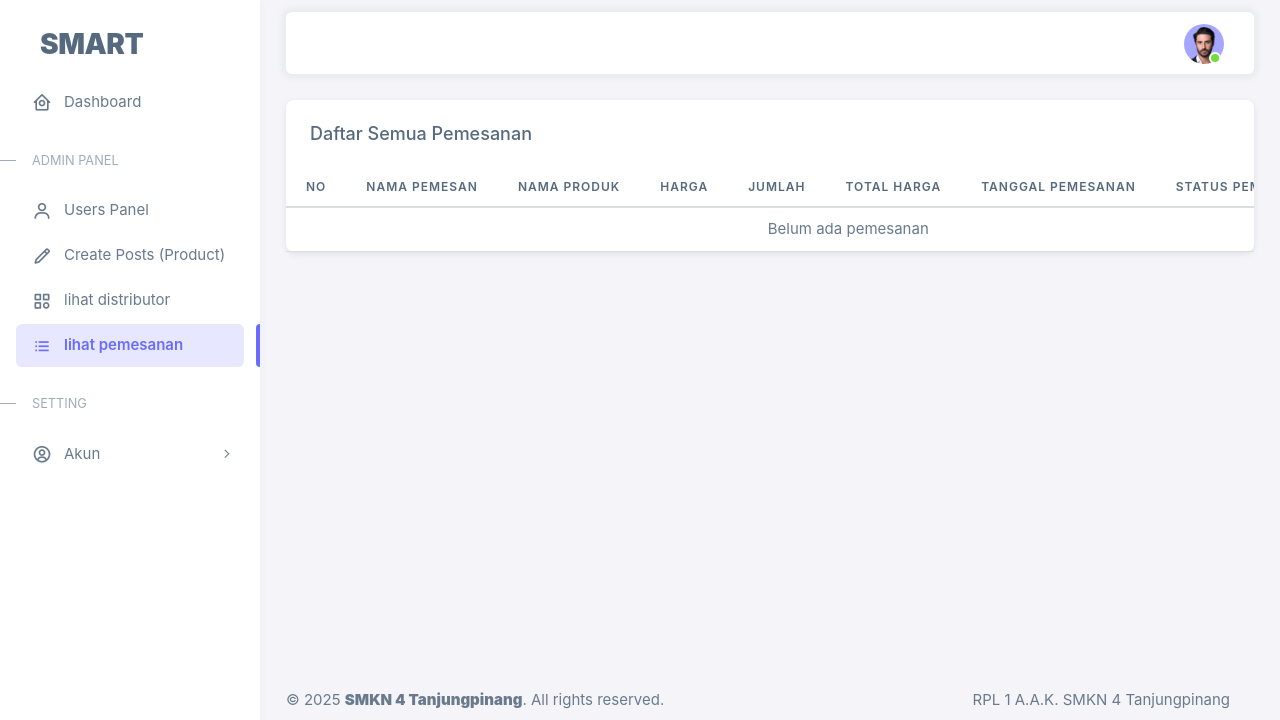
Repository: athalantis/SMart
Page: http://localhost/admin_pemesanan.php
An editor plug-in stored every save of this project. The page is shown before and after the next save, followed by the edit.
The browser window is 1280 px wide. The pictures show the whole page.
Some web fonts or font styles are not loaded; a fallback is used. The page is run by PHP 8.4 with error messages shown; the project is at /var/www/html/. The session is filled in as if someone had signed in: {"username": "testuser", "name": "Test User", "role": "admin", "user_id": 1}. Queries for data that is not in the repository find no rows.

Above is the page before, as saved 2025-04-25 14:22:38.

After the next save:
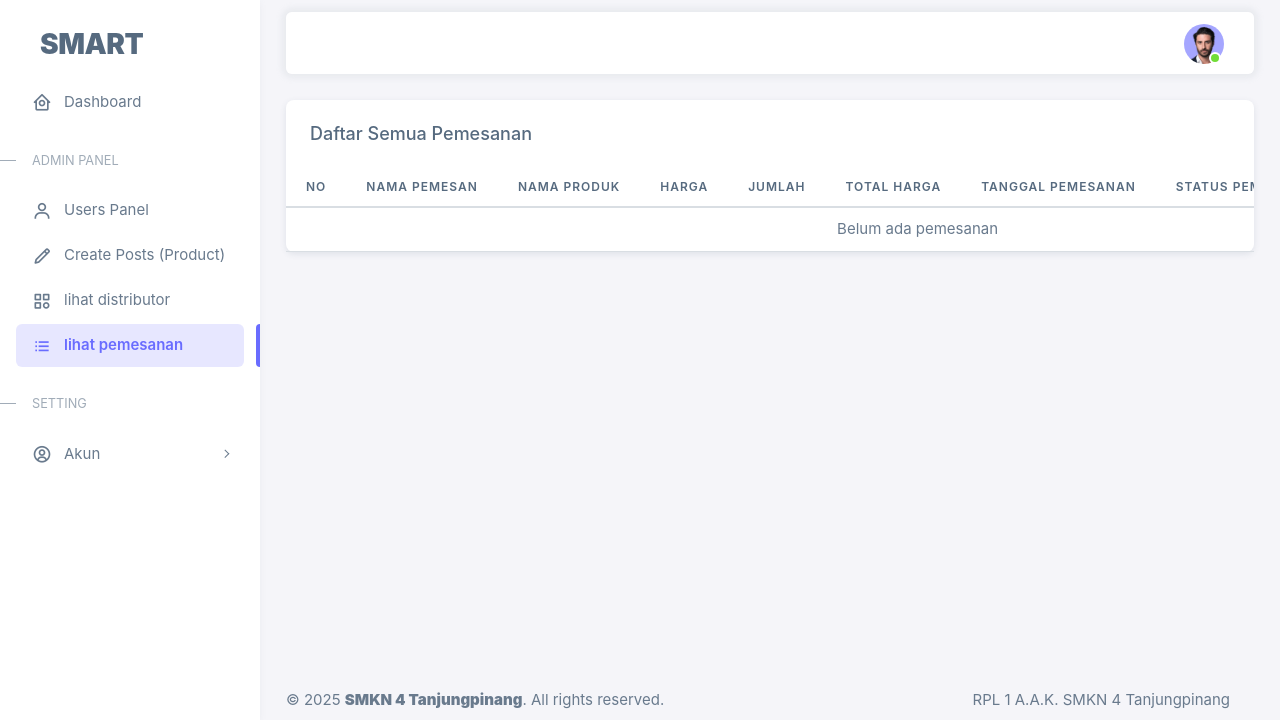
Saved 73 s later.
--- a/admin_pemesanan.php
+++ b/admin_pemesanan.php
@@ -7,6 +7,18 @@
 if (!isset($_SESSION['user_id'])) {
     header("Location: login.php"); // Redirect jika belum login
     exit();
+}
+
+// Handle request AJAX untuk update rekomendasi
+if ($_SERVER['REQUEST_METHOD'] == 'POST' && isset($_POST['update_recommendation'])) {
+    $produk_id = $_POST['produk_id'];
+    $recommendations = $_POST['recommendations'] === '1' ? 1 : 0;
+
+    $stmt = $conn->prepare("UPDATE produk SET recommendations = ? WHERE produk_id = ?");
+    $stmt->bind_param("ii", $recommendations, $produk_id);
+    $stmt->execute();
+    $stmt->close();
+    exit(); // Stop output karena ini hanya untuk AJAX
 }
 
 // Proses update status pemesanan
@@ -28,17 +40,16 @@
 }
 
 // Query untuk mendapatkan semua pemesanan
-$query = $query = "
-SELECT p.pemesanan_id, p.tanggal_pemesanan, p.jumlah_pemesanan, p.status_pemesanan,
-       pr.nama_produk, pr.harga, pr.recommendations, pr.produk_id,
-       u.username,
-       (p.jumlah_pemesanan * pr.harga) AS total_harga
-FROM pemesanan p
-INNER JOIN produk pr ON p.produk_id = pr.produk_id
-INNER JOIN users u ON p.user_id = u.user_id
-ORDER BY p.tanggal_pemesanan DESC
+$query = "
+    SELECT p.pemesanan_id, p.tanggal_pemesanan, p.jumlah_pemesanan, p.status_pemesanan,
+           pr.nama_produk, pr.harga, pr.recommendations, pr.produk_id,
+           u.username,
+           (p.jumlah_pemesanan * pr.harga) AS total_harga
+    FROM pemesanan p
+    INNER JOIN produk pr ON p.produk_id = pr.produk_id
+    INNER JOIN users u ON p.user_id = u.user_id
+    ORDER BY p.tanggal_pemesanan DESC
 ";
-;
 
 $result = mysqli_query($conn, $query);
 ?>
@@ -69,6 +80,7 @@
                         <th>Total Harga</th>
                         <th>Tanggal Pemesanan</th>
                         <th>Status Pemesanan</th>
+                        <th>Rekomendasi</th>
                         <th>Aksi</th>
                     </tr>
                 </thead>
@@ -97,6 +109,9 @@
                                     <span class='badge {$badgeClass}'>" . htmlspecialchars($row['status_pemesanan']) . "</span>
                                   </td>";
                             echo "<td>
+                                    <input type='checkbox' class='recommend-checkbox' data-id='{$row['produk_id']}' " . ($row['recommendations'] ? 'checked' : '') . ">
+                                  </td>";
+                            echo "<td>
                                     <form method='post'>
                                         <input type='hidden' name='pemesanan_id' value='{$row['pemesanan_id']}'>
                                         <select name='status_pemesanan' class='form-select'>
@@ -112,7 +127,7 @@
                             $no++;
                         }
                     } else {
-                        echo "<tr><td colspan='9' class='text-center'>Belum ada pemesanan</td></tr>";
+                        echo "<tr><td colspan='10' class='text-center'>Belum ada pemesanan</td></tr>";
                     }
                     ?>
                 </tbody>
@@ -121,6 +136,21 @@
     </div>
 </div>
 
+<!-- Inline AJAX Script -->
+<script>
+document.querySelectorAll('.recommend-checkbox').forEach(checkbox => {
+    checkbox.addEventListener('change', function () {
+        const produkId = this.dataset.id;
+        const isChecked = this.checked ? 1 : 0;
+
+        const xhr = new XMLHttpRequest();
+        xhr.open("POST", "", true); // POST ke halaman ini
+        xhr.setRequestHeader("Content-type", "application/x-www-form-urlencoded");
+        xhr.send("update_recommendation=1&produk_id=" + produkId + "&recommendations=" + isChecked);
+    });
+});
+</script>
+
 <?php
 mysqli_close($conn);
 include '.includes/footer.php';

After the save that followed:
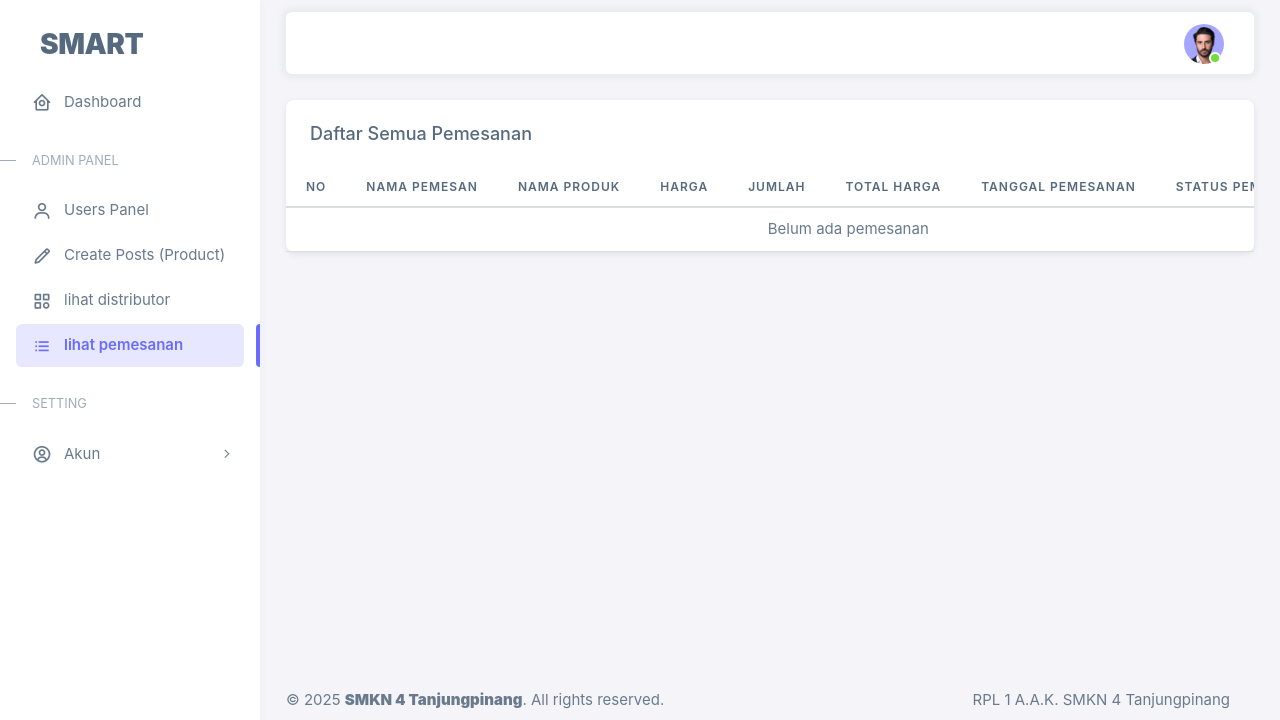
Saved 24 s later.
--- a/admin_pemesanan.php
+++ b/admin_pemesanan.php
@@ -7,18 +7,6 @@
 if (!isset($_SESSION['user_id'])) {
     header("Location: login.php"); // Redirect jika belum login
     exit();
-}
-
-// Handle request AJAX untuk update rekomendasi
-if ($_SERVER['REQUEST_METHOD'] == 'POST' && isset($_POST['update_recommendation'])) {
-    $produk_id = $_POST['produk_id'];
-    $recommendations = $_POST['recommendations'] === '1' ? 1 : 0;
-
-    $stmt = $conn->prepare("UPDATE produk SET recommendations = ? WHERE produk_id = ?");
-    $stmt->bind_param("ii", $recommendations, $produk_id);
-    $stmt->execute();
-    $stmt->close();
-    exit(); // Stop output karena ini hanya untuk AJAX
 }
 
 // Proses update status pemesanan
@@ -40,16 +28,17 @@
 }
 
 // Query untuk mendapatkan semua pemesanan
-$query = "
-    SELECT p.pemesanan_id, p.tanggal_pemesanan, p.jumlah_pemesanan, p.status_pemesanan,
-           pr.nama_produk, pr.harga, pr.recommendations, pr.produk_id,
-           u.username,
-           (p.jumlah_pemesanan * pr.harga) AS total_harga
-    FROM pemesanan p
-    INNER JOIN produk pr ON p.produk_id = pr.produk_id
-    INNER JOIN users u ON p.user_id = u.user_id
-    ORDER BY p.tanggal_pemesanan DESC
+$query = $query = "
+SELECT p.pemesanan_id, p.tanggal_pemesanan, p.jumlah_pemesanan, p.status_pemesanan,
+       pr.nama_produk, pr.harga, pr.recommendations, pr.produk_id,
+       u.username,
+       (p.jumlah_pemesanan * pr.harga) AS total_harga
+FROM pemesanan p
+INNER JOIN produk pr ON p.produk_id = pr.produk_id
+INNER JOIN users u ON p.user_id = u.user_id
+ORDER BY p.tanggal_pemesanan DESC
 ";
+;
 
 $result = mysqli_query($conn, $query);
 ?>
@@ -80,7 +69,6 @@
                         <th>Total Harga</th>
                         <th>Tanggal Pemesanan</th>
                         <th>Status Pemesanan</th>
-                        <th>Rekomendasi</th>
                         <th>Aksi</th>
                     </tr>
                 </thead>
@@ -109,9 +97,6 @@
                                     <span class='badge {$badgeClass}'>" . htmlspecialchars($row['status_pemesanan']) . "</span>
                                   </td>";
                             echo "<td>
-                                    <input type='checkbox' class='recommend-checkbox' data-id='{$row['produk_id']}' " . ($row['recommendations'] ? 'checked' : '') . ">
-                                  </td>";
-                            echo "<td>
                                     <form method='post'>
                                         <input type='hidden' name='pemesanan_id' value='{$row['pemesanan_id']}'>
                                         <select name='status_pemesanan' class='form-select'>
@@ -127,7 +112,7 @@
                             $no++;
                         }
                     } else {
-                        echo "<tr><td colspan='10' class='text-center'>Belum ada pemesanan</td></tr>";
+                        echo "<tr><td colspan='9' class='text-center'>Belum ada pemesanan</td></tr>";
                     }
                     ?>
                 </tbody>
@@ -136,21 +121,6 @@
     </div>
 </div>
 
-<!-- Inline AJAX Script -->
-<script>
-document.querySelectorAll('.recommend-checkbox').forEach(checkbox => {
-    checkbox.addEventListener('change', function () {
-        const produkId = this.dataset.id;
-        const isChecked = this.checked ? 1 : 0;
-
-        const xhr = new XMLHttpRequest();
-        xhr.open("POST", "", true); // POST ke halaman ini
-        xhr.setRequestHeader("Content-type", "application/x-www-form-urlencoded");
-        xhr.send("update_recommendation=1&produk_id=" + produkId + "&recommendations=" + isChecked);
-    });
-});
-</script>
-
 <?php
 mysqli_close($conn);
 include '.includes/footer.php';
